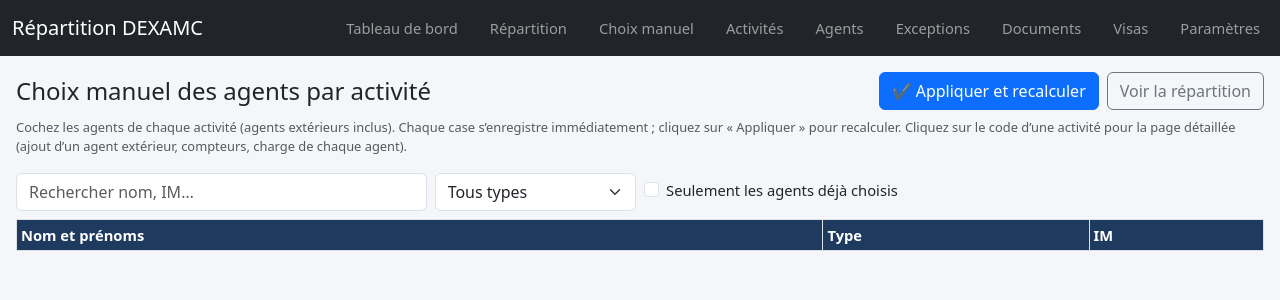
Repository: Mikandry/vacation
Page: http://localhost/choix
The author's editor kept a copy of each file at every save. The page is drawn from the files as they stood at one save, then again after the next save.
The browser window is 1280 px wide. The pictures show the whole page.
The page is served by the project's Laravel application, run on PHP 8.4 with Laravel 12. Other server files are loaded and not shown. Queries for data that is not in the repository find no rows.

Above is the page before, as saved 2026-10-18 22:08:19.

### routes/web.php
<?php
use App\Http\Controllers\{ActivityController, AgentController, DashboardController, DistributionController, DocumentController, ExceptionController, ManualController, SettingController, VisaController};
use Illuminate\Support\Facades\Route;

// Pour protéger l'application : installer Laravel Breeze puis remplacer [] par ['auth'].
Route::middleware([])->group(function () {
    Route::get('/', [DashboardController::class, 'index'])->name('dashboard');

    Route::get('/repartition', [DistributionController::class, 'index'])->name('distribution.index');
    Route::post('/repartition/run', [DistributionController::class, 'run'])->name('distribution.run');
    Route::post('/repartition/redraw', [DistributionController::class, 'redraw'])->name('distribution.redraw');
    Route::post('/repartition/archive', [DistributionController::class, 'archive'])->name('distribution.archive');
    Route::get('/repartition/recap.{format}', [DistributionController::class, 'recap'])->name('distribution.recap');

    Route::resource('activities', ActivityController::class)->except('show');

    Route::get('/agents/import', [AgentController::class, 'importForm'])->name('agents.import.form');
    Route::post('/agents/import', [AgentController::class, 'import'])->name('agents.import');
    Route::get('/agents/export', [AgentController::class, 'export'])->name('agents.export');
    Route::resource('agents', AgentController::class)->except('show');

    Route::get('/exceptions', [ExceptionController::class, 'index'])->name('exceptions.index');
    Route::post('/exceptions', [ExceptionController::class, 'set'])->name('exceptions.set');

    Route::get('/parametres', [SettingController::class, 'index'])->name('settings.index');
    Route::post('/parametres', [SettingController::class, 'update'])->name('settings.update');
    Route::get('/visas', [VisaController::class, 'index'])->name('visas.index');
    Route::post('/visas', [VisaController::class, 'update'])->name('visas.update');

    Route::get('/documents', [DocumentController::class, 'index'])->name('documents.index');
    Route::get('/documents/{activity}/{type}/{format}', [DocumentController::class, 'export'])->name('documents.export');
    Route::get('/choix', [ManualController::class, 'matrix'])->name('choix.matrix');
Route::post('/choix/toggle', [ManualController::class, 'toggle'])->name('choix.toggle');
Route::post('/choix/appliquer', [ManualController::class, 'apply'])->name('choix.apply');
Route::get('/choix/{activity}', [ManualController::class, 'show'])->name('choix.show');
Route::post('/choix/{activity}', [ManualController::class, 'save'])->name('choix.save');
Route::post('/choix/{activity}/externe', [ManualController::class, 'addExternal'])->name('choix.external');
Route::post('/choix/{activity}/auto', [ManualController::class, 'auto'])->name('choix.auto');

    });

### app/Http/Controllers/ManualController.php
<?php
namespace App\Http\Controllers;

use App\Models\Activity;
use App\Models\Agent;
use App\Models\Assignment;
use App\Models\Setting;
use App\Services\DistributionService;
use App\Services\ManualSelectionService;
use Illuminate\Http\Request;
use Illuminate\Support\Str;

class ManualController extends Controller
{
    public function __construct(private ManualSelectionService $svc) {}

    private function activeActs() { return Activity::where('active', true)->orderBy('position')->orderBy('id')->get(); }
        private function localities()
    {
        return Agent::whereNotNull('locality')->where('locality', '!=', '')->distinct()->orderBy('locality')->pluck('locality');
    }

    /** Vue 1 : matrice agents × activités (agents extérieurs inclus). */
    public function matrix()
    {
        $agents = Agent::all()->sortBy([['type', 'asc'], fn($a, $b) => Str::ascii($a->name) <=> Str::ascii($b->name)])->values();
        $assigned = Assignment::all()->groupBy('agent_id')->map(fn($g) => $g->pluck('activity_id')->all());
                return view('choix.matrix', ['acts' => $this->activeActs(), 'agents' => $agents, 'assigned' => $assigned, 'localities' => $this->localities()]);
    }

    public function toggle(Request $r)
    {
        $d = $r->validate(['agent_id' => 'required|exists:agents,id', 'activity_id' => 'required|exists:activities,id', 'on' => 'required|boolean']);
        $act = Activity::findOrFail($d['activity_id']);
        $was = Assignment::where('agent_id', $d['agent_id'])->where('activity_id', $act->id)->exists();
        $this->svc->set($act, (int)$d['agent_id'], (bool)$d['on'], $was, (bool)$act->manual);
        return response()->json(['ok' => true]);
    }

    public function apply(DistributionService $d)
    {
        $n = $d->run();
        return redirect()->route('choix.matrix')->with('ok', "Répartition recalculée avec vos choix : $n affectations.");
    }

    /** Vue 2 : une activité, liste complète des agents. */
    public function show(Activity $activity)
    {
        $hist = Setting::all_()['use_history'] === 'OUI';
        $amounts = Activity::all()->keyBy('id');
        $byAgent = Assignment::all()->groupBy('agent_id');
        $agents = Agent::all()->sortBy(fn($a) => Str::upper(Str::ascii($a->name)))->values();
        $info = [];
        foreach ($agents as $a) {
            $others = ($byAgent[$a->id] ?? collect())->where('activity_id', '!=', $activity->id);
            $info[$a->id] = [
                'codes' => $others->map(fn($x) => $amounts[$x->activity_id]->code ?? '')->implode(', '),
                'total' => $others->sum(fn($x) => $amounts[$x->activity_id]->amount ?? 0) + ($hist ? (int)$a->history_amount : 0),
            ];
        }
        return view('choix.activity', [
            'act' => $activity, 'acts' => $this->activeActs(), 'agents' => $agents, 'info' => $info,
            'selected' => Assignment::where('activity_id', $activity->id)->pluck('agent_id')->all(),
        ]);
    }

    public function save(Request $r, Activity $activity)
    {
        $r->validate(['agents' => 'nullable|array', 'agents.*' => 'integer|exists:agents,id']);
        $this->svc->sync($activity, $r->input('agents', []), $r->boolean('manual_mode'));
        return redirect()->route('choix.show', $activity)->with('ok', 'Sélection enregistrée et répartition recalculée.');
    }

    /** Ajoute un agent extérieur et le sélectionne directement dans l'activité. */
    public function addExternal(Request $r, Activity $activity)
    {
        $d = $r->validate(['name' => 'required|string|max:255', 'im' => 'nullable|string|max:30', 'locality' => 'nullable|string|max:80']);
        $agent = Agent::create($d + ['type' => 'EXTERNE', 'available' => true]);
        $this->svc->set($activity, $agent->id, true, false, (bool)$activity->manual);
        app(DistributionService::class)->run();
        return redirect()->route('choix.show', $activity)->with('ok', "Agent extérieur « {$agent->name} » ajouté à {$activity->code}.");
    }

    public function auto(Activity $activity, DistributionService $d)
    {
        $activity->update(['manual' => false]);
        $d->run();
        return redirect()->route('choix.show', $activity)->with('ok', 'Activité repassée en automatique : vos agents cochés restent forcés, le reste est complété jusqu’au quota.');
    }
}

### app/Http/Controllers/Controller.php
<?php
namespace App\Http\Controllers;

abstract class Controller {}

### app/Services/ManualSelectionService.php
<?php
namespace App\Services;

use App\Models\Activity;
use App\Models\Agent;
use App\Models\AgentException;
use App\Models\Assignment;
use Illuminate\Support\Facades\DB;

class ManualSelectionService
{
    /** Enregistre la sélection complète d'une activité puis recalcule. */
    public function sync(Activity $act, array $selectedIds, bool $manualMode): void
    {
        $selected = collect($selectedIds)->map(fn($i) => (int)$i)->unique();
        $current = Assignment::where('activity_id', $act->id)->pluck('agent_id');
        DB::transaction(function () use ($act, $selected, $current, $manualMode) {
            foreach (Agent::pluck('id') as $id) {
                $this->set($act, (int)$id, $selected->contains($id), $current->contains($id), $manualMode);
            }
            $act->update(['manual' => $manualMode]);
        });
        app(DistributionService::class)->run();
    }

    /** Coche / décoche un agent pour une activité. */
    public function set(Activity $act, int $agentId, bool $on, bool $wasAssigned, bool $manualMode): void
    {
        $key = ['agent_id' => $agentId, 'activity_id' => $act->id];
        if ($on) {
            AgentException::updateOrCreate($key, ['mode' => 'F']);
            return;
        }
        AgentException::where($key)->where('mode', 'F')->delete();
        // en mode automatique, un agent retiré alors qu'il était tiré au sort est exclu (sinon il serait re-sélectionné)
        if (!$manualMode && $wasAssigned) AgentException::updateOrCreate($key, ['mode' => 'X']);
    }
}

### app/Models/Agent.php
<?php
namespace App\Models;
use Illuminate\Database\Eloquent\Model;

class Agent extends Model
{
    protected $fillable = ['name', 'im', 'locality', 'type', 'available', 'corps', 'grade', 'indice', 'function', 'history_amount', 'draw_order', 'notes'];
    protected $casts = ['available' => 'boolean'];

    protected static function booted(): void
    {
        static::creating(function (Agent $a) {
            if (!$a->draw_order) $a->draw_order = random_int(1, 100000);
            if (!$a->type) $a->type = 'DIRECTION';
        });
    }
    public function assignments() { return $this->hasMany(Assignment::class); }
    public function exceptions() { return $this->hasMany(AgentException::class); }
    public function activities() { return $this->belongsToMany(Activity::class, 'assignments')->withPivot('forced'); }
    public function isDirection(): bool { return $this->type === 'DIRECTION'; }
}

### app/Models/Assignment.php
<?php
namespace App\Models;
use Illuminate\Database\Eloquent\Model;

class Assignment extends Model
{
    public $timestamps = false;
    protected $fillable = ['agent_id', 'activity_id', 'forced'];
    protected $casts = ['forced' => 'boolean'];
    public function agent() { return $this->belongsTo(Agent::class); }
    public function activity() { return $this->belongsTo(Activity::class); }
}

### app/Models/Activity.php
<?php
namespace App\Models;
use Illuminate\Database\Eloquent\Model;

class Activity extends Model
{
    protected $fillable = ['code', 'name', 'title', 'days', 'rate', 'quota', 'decree_total', 'start_date', 'position', 'active', 'manual'];
protected $casts = ['start_date' => 'date', 'active' => 'boolean', 'manual' => 'boolean'];

    public function getAmountAttribute(): int { return (int)$this->days * (int)$this->rate; }
    public function assignments() { return $this->hasMany(Assignment::class); }
    public function exceptions() { return $this->hasMany(AgentException::class); }
    public function agents() { return $this->belongsToMany(Agent::class, 'assignments')->withPivot('forced'); }
}

### resources/views/choix/matrix.blade.php
@extends('layouts.app')
@section('title','Choix manuel')
@section('content')
<div class="d-flex flex-wrap gap-2 align-items-center mb-2">
 <h4 class="mb-0 me-auto">Choix manuel des agents par activité</h4>
 <form method="post" action="{{ route('choix.apply') }}">@csrf <button class="btn btn-primary">✔ Appliquer et recalculer</button></form>
 <a class="btn btn-outline-secondary" href="{{ route('distribution.index') }}">Voir la répartition</a>
</div>
<p class="text-muted small">Cochez les agents de chaque activité (agents extérieurs inclus). Chaque case s’enregistre immédiatement ; cliquez sur « Appliquer » pour recalculer. Cliquez sur le code d’une activité pour la page détaillée (ajout d’un agent extérieur, compteurs, charge de chaque agent).</p>
<div class="row g-2 mb-2">
 <div class="col-md-4"><input id="q" class="form-control" placeholder="Rechercher nom, IM…"></div>
 <div class="col-md-2"><select id="t" class="form-select"><option value="">Tous types</option><option>DIRECTION</option><option>EXTERNE</option></select></div>
 <div class="col-auto d-flex align-items-center"><div class="form-check"><input type="checkbox" id="only" class="form-check-input"><label for="only" class="form-check-label">Seulement les agents déjà choisis</label></div></div>
</div>
<div class="table-responsive" style="max-height:72vh">
<table class="table table-sm table-bordered bg-white sticky" id="grid">
 <thead><tr><th>Nom et prénoms</th><th>Type</th><th>IM</th>
  @foreach($acts as $a)<th class="text-center"><a class="text-white" href="{{ route('choix.show',$a) }}">{{ $a->code }}</a>
   @if($a->manual)<span class="badge bg-warning text-dark">manuel</span>@endif<br>
   <small class="cnt" data-act="{{ $a->id }}" data-quota="{{ $a->quota }}" data-manual="{{ $a->manual?1:0 }}"></small></th>@endforeach</tr></thead>
 @foreach($agents as $ag)@php $mine=$assigned->get($ag->id,[]); @endphp
 <tr data-name="{{ \Illuminate\Support\Str::lower(\Illuminate\Support\Str::ascii($ag->name.' '.$ag->im)) }}" data-type="{{ $ag->type }}" class="{{ $ag->available?'':'text-muted' }}">
  <td>{{ $ag->name }}</td><td><small>{{ $ag->type }}</small></td><td>{{ $ag->im }}</td>
  @foreach($acts as $a)<td class="text-center"><input type="checkbox" class="form-check-input cb" data-agent="{{ $ag->id }}" data-act="{{ $a->id }}" @checked(in_array($a->id,$mine)) @disabled(!$ag->available)></td>@endforeach
 </tr>@endforeach
</table></div>
@endsection
@push('scripts')
<script>
const rows=[...document.querySelectorAll('#grid tbody tr')];
function counts(){
 document.querySelectorAll('.cnt').forEach(c=>{
  let d=0,e=0; rows.forEach(r=>{const cb=r.querySelector(`.cb[data-act="${c.dataset.act}"]`); if(cb&&cb.checked) r.dataset.type==='DIRECTION'?d++:e++;});
  c.textContent=(c.dataset.manual==='1'?`${d} dir`:`${d}/${c.dataset.quota} dir`)+(e?` + ${e} ext`:'');
 });
}
function filt(){
 const q=document.getElementById('q').value.toLowerCase(), t=document.getElementById('t').value, only=document.getElementById('only').checked;
 rows.forEach(r=>{ const any=[...r.querySelectorAll('.cb')].some(x=>x.checked);
  r.style.display=(r.dataset.name.includes(q)&&(!t||r.dataset.type===t)&&(!only||any))?'':'none'; });
}
['q','t','only'].forEach(i=>document.getElementById(i).addEventListener('input',filt));
document.querySelectorAll('.cb').forEach(cb=>cb.addEventListener('change',async()=>{
 try{
  const res=await fetch('{{ route('choix.toggle') }}',{method:'POST',headers:{'Content-Type':'application/json','Accept':'application/json','X-CSRF-TOKEN':document.querySelector('meta[name=csrf-token]').content},
   body:JSON.stringify({agent_id:cb.dataset.agent,activity_id:cb.dataset.act,on:cb.checked})});
  if(!res.ok) throw new Error();
 }catch(e){ cb.checked=!cb.checked; alert('Échec de l’enregistrement.'); }
 counts();
}));
counts();
</script>
@endpush

### resources/views/layouts/app.blade.php
<!doctype html>
<html lang="fr">
<head>
<meta charset="utf-8"><meta name="viewport" content="width=device-width, initial-scale=1">
<meta name="csrf-token" content="{{ csrf_token() }}">
<title>@yield('title', 'Répartition des agents')</title>
<head><link rel="icon" type="image/svg+xml" href="{{ asset('favicon.svg') }}"> </head>
{{-- <link rel="icon" type="image/png" href="{{ asset('logo.png') }}">. --}}

<link href="https://cdn.jsdelivr.net/npm/bootstrap@5.3.3/dist/css/bootstrap.min.css" rel="stylesheet">
<style>
 body{background:#f4f6f9;font-size:.92rem} .kpi{background:#fff;border-radius:.6rem;padding:.8rem 1rem;box-shadow:0 1px 3px rgba(0,0,0,.08)}
 .kpi .v{font-size:1.5rem;font-weight:700;color:#1f3a5f} .kpi .l{font-size:.75rem;color:#666;text-transform:uppercase}
 .table-sm td,.table-sm th{vertical-align:middle} .dot{display:inline-block;width:.9rem;height:.9rem;border-radius:50%;background:#1976d2}
 .st-Équilibré{background:#c8e6c9}.st-Sur-chargé{background:#ffcdd2}.st-Sous-chargé{background:#ffe0b2}.st-Externe{background:#e1f5fe}.st-Indisponible{background:#eee;color:#777}
 .sticky th{position:sticky;top:0;background:#1f3a5f;color:#fff;z-index:2}
</style>
</head>
<body>
<nav class="navbar navbar-expand-lg navbar-dark bg-dark mb-3">
 <div class="container-fluid">
  <a class="navbar-brand" href="{{ route('dashboard') }}">Répartition {{ \App\Models\Setting::all_()['direction'] }}</a>
  <div class="navbar-nav flex-row flex-wrap gap-3">
   <a class="nav-link" href="{{ route('dashboard') }}">Tableau de bord</a>
   <a class="nav-link" href="{{ route('distribution.index') }}">Répartition</a>
   <a class="nav-link" href="{{ route('choix.matrix') }}">Choix manuel</a>
   <a class="nav-link" href="{{ route('activities.index') }}">Activités</a>
   <a class="nav-link" href="{{ route('agents.index') }}">Agents</a>
   <a class="nav-link" href="{{ route('exceptions.index') }}">Exceptions</a>
   <a class="nav-link" href="{{ route('documents.index') }}">Documents</a>
   <a class="nav-link" href="{{ route('visas.index') }}">Visas</a>
   <a class="nav-link" href="{{ route('settings.index') }}">Paramètres</a>
  </div>
 </div>
</nav>
<div class="container-fluid px-3">
 @if(session('ok'))<div class="alert alert-success">{{ session('ok') }}</div>@endif
 @if($errors->any())<div class="alert alert-danger"><ul class="mb-0">@foreach($errors->all() as $e)<li>{{ $e }}</li>@endforeach</ul></div>@endif
 @yield('content')
</div>
@stack('scripts')
</body>
</html>

### app/Models/Setting.php
<?php
namespace App\Models;
use Illuminate\Database\Eloquent\Model;

class Setting extends Model
{
    protected $primaryKey = 'key';
    public $incrementing = false;
    protected $keyType = 'string';
    public $timestamps = false;
    protected $fillable = ['key', 'value'];

    public const DEFAULTS = [
        'direction' => 'DEXAMC',
        'session' => '2026',
        'ministry' => "MINISTERE DE L’EDUCATION NATIONALE",
        'decision_number' => '          -2026/MEN',
        'place' => 'Antananarivo',
        'decision_date' => '',
        'authority' => "LE MINISTRE DE L’EDUCATION NATIONALE,",
        'signatory' => "Le Ministre de l’Education Nationale",
        'ref_arrete' => "l’Arrêté Interministériel N°16166/2025 du 19 juin 2025",
        'budget_mission' => '812',
        'budget_indicator' => '314',
        'budget_section' => '00.81.0. E43.00000',
        'budget_account' => '6031',
        'budget_ordsec' => '00.812.2.00000',
        'auto' => 'OUI',          // répartition automatique
        'use_history' => 'OUI',   // tenir compte de l'historique
        'tolerance' => '20',      // % autour de la moyenne
        'threshold_ok' => '90',   // % d'agents dans la tolérance => ÉQUILIBRÉ
        'threshold_acc' => '70',  // => ACCEPTABLE
        'band_step' => '250000',
                'show_flag' => 'OUI',
        'republic' => "REPOBLIKAN'I MADAGASIKARA",
        'motto' => 'Fitiavana - Tanindrazana - Fandrosoana',
        'presence_title' => 'FEUILLE DE PRÉSENCE',
        'presence_line1' => 'Activité : {activite} — Session {session}',
        'presence_line2' => 'Durée : {jours} jour(s) · Direction : {direction} · Agents désignés : {agents} · Lieu : {lieu}',
        'presence_id_width' => '40',
        'etat_title' => 'ÉTAT DE VACATIONS',
        'etat_line1' => 'Activité : {activite} — Session {session}',
        'etat_line2' => '{jours} jour(s) × {taux} Ar/jour — {ref_arrete}',
        'etat_footer' => 'Arrêté le présent état à la somme de {total_lettres} ARIARY.',
        'services' => "SDC/DEXAMC|Service des Diplômes et de la Certification\nBAG/DEXAMC|Bureau des Affaires Générales\nSEE/DEXAMC|Service de l’Evaluation des Epreuves\nSOE/DEXAMC|Service de l’Organisation des Examens",
    ];

    public static function all_(): array
    {
        return array_merge(self::DEFAULTS, static::query()->pluck('value', 'key')->map(fn($v) => (string)$v)->all());
    }
    public static function put(array $values): void
    {
        foreach ($values as $k => $v) {
            if (array_key_exists($k, self::DEFAULTS)) static::updateOrCreate(['key' => $k], ['value' => (string)$v]);
        }
    }
}

After the next save:
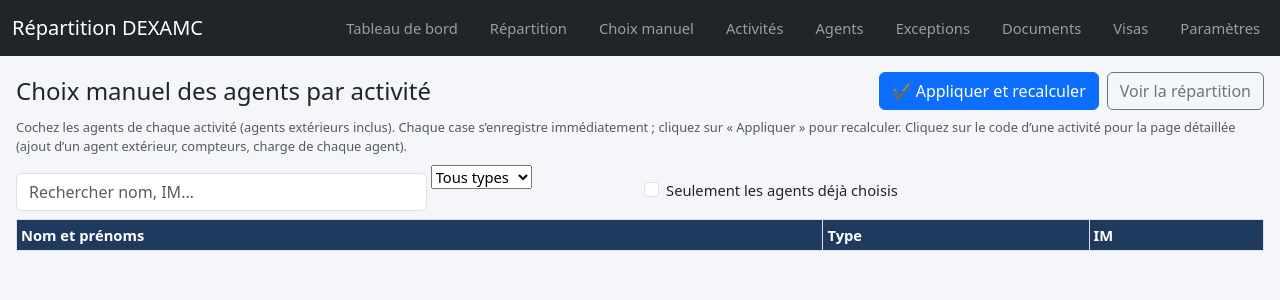
Saved 115 s later.
--- a/resources/views/choix/matrix.blade.php
+++ b/resources/views/choix/matrix.blade.php
@@ -9,7 +9,7 @@
 <p class="text-muted small">Cochez les agents de chaque activité (agents extérieurs inclus). Chaque case s’enregistre immédiatement ; cliquez sur « Appliquer » pour recalculer. Cliquez sur le code d’une activité pour la page détaillée (ajout d’un agent extérieur, compteurs, charge de chaque agent).</p>
 <div class="row g-2 mb-2">
  <div class="col-md-4"><input id="q" class="form-control" placeholder="Rechercher nom, IM…"></div>
- <div class="col-md-2"><select id="t" class="form-select"><option value="">Tous types</option><option>DIRECTION</option><option>EXTERNE</option></select></div>
+ <div class="col-md-2"><select id="t" div class="row g-2 mb-2class="form-select"><option value="">Tous types</option><option>DIRECTION</option><option>EXTERNE</option></select></div>
  <div class="col-auto d-flex align-items-center"><div class="form-check"><input type="checkbox" id="only" class="form-check-input"><label for="only" class="form-check-label">Seulement les agents déjà choisis</label></div></div>
 </div>
 <div class="table-responsive" style="max-height:72vh">

After the 3 saves that followed:
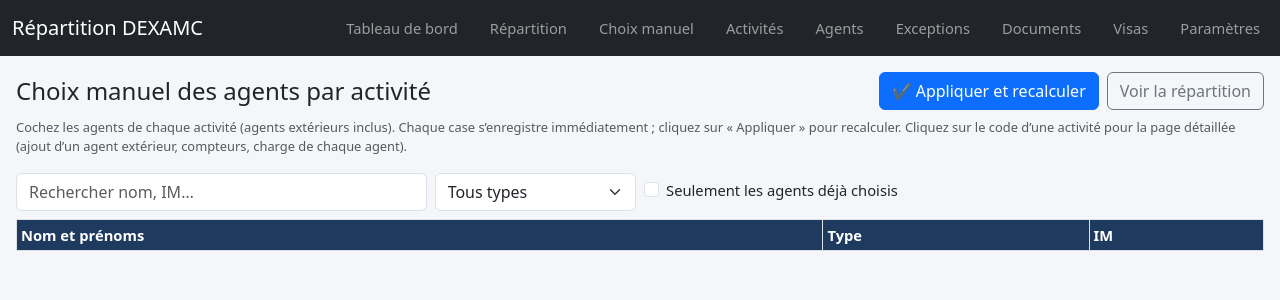
The 3 saves are shown as one change because 1 left the picture as it was and some came seconds apart.
The last was saved 12 s later.
--- a/resources/views/choix/matrix.blade.php
+++ b/resources/views/choix/matrix.blade.php
@@ -9,7 +9,7 @@
 <p class="text-muted small">Cochez les agents de chaque activité (agents extérieurs inclus). Chaque case s’enregistre immédiatement ; cliquez sur « Appliquer » pour recalculer. Cliquez sur le code d’une activité pour la page détaillée (ajout d’un agent extérieur, compteurs, charge de chaque agent).</p>
 <div class="row g-2 mb-2">
  <div class="col-md-4"><input id="q" class="form-control" placeholder="Rechercher nom, IM…"></div>
- <div class="col-md-2"><select id="t" div class="row g-2 mb-2class="form-select"><option value="">Tous types</option><option>DIRECTION</option><option>EXTERNE</option></select></div>
+ <div class="col-md-2"><select id="t" class="form-select"><option value="">Tous types</option><option>DIRECTION</option><option>EXTERNE</option></select></div>
  <div class="col-auto d-flex align-items-center"><div class="form-check"><input type="checkbox" id="only" class="form-check-input"><label for="only" class="form-check-label">Seulement les agents déjà choisis</label></div></div>
 </div>
 <div class="table-responsive" style="max-height:72vh">
